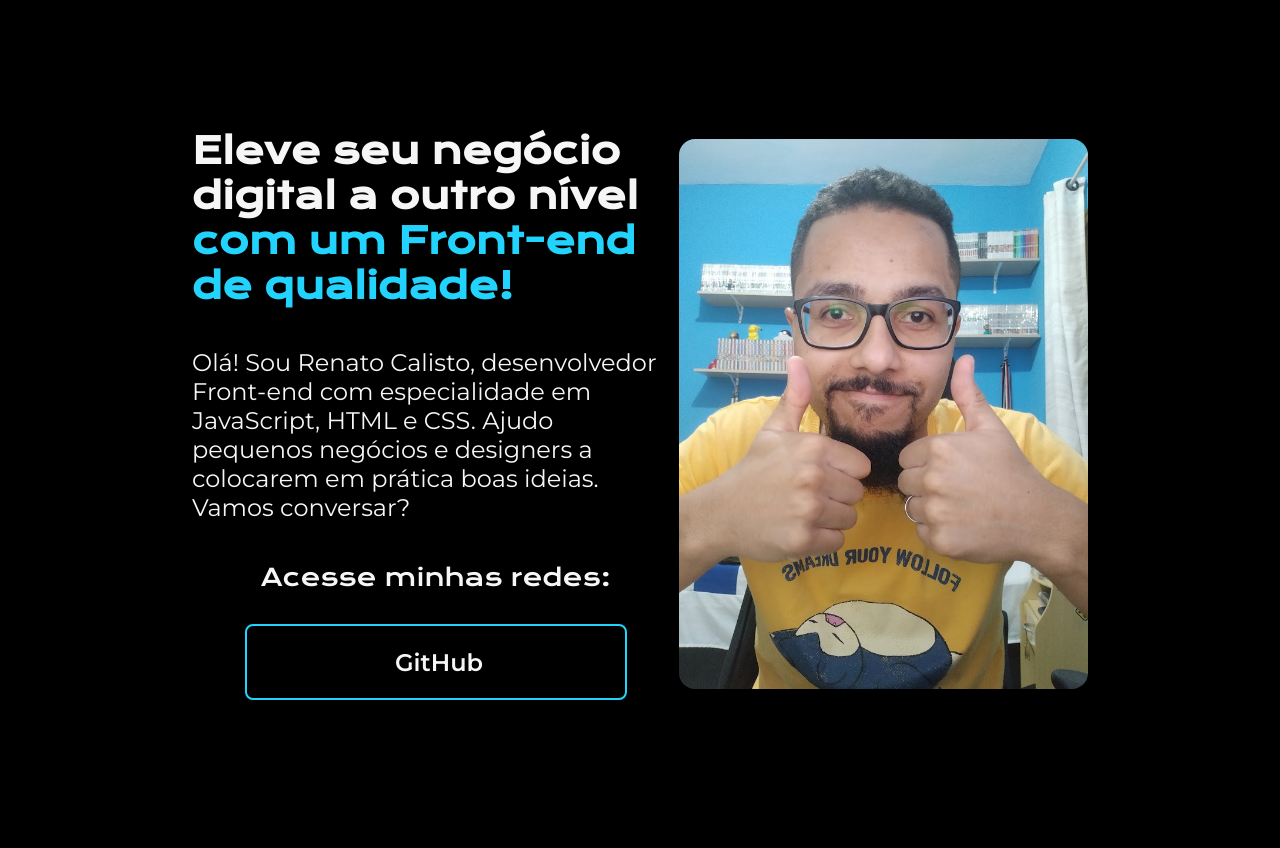
Repository: RenatoCCS/Portfolio_Alura
Page: index.html
An editor plug-in stored every save of this project. The page is shown before and after the next save, followed by the edit.
The browser window is 1280 px wide. The pictures show the whole page.

Above is the page before, as saved 2023-02-28 15:21:24.

After the next save:
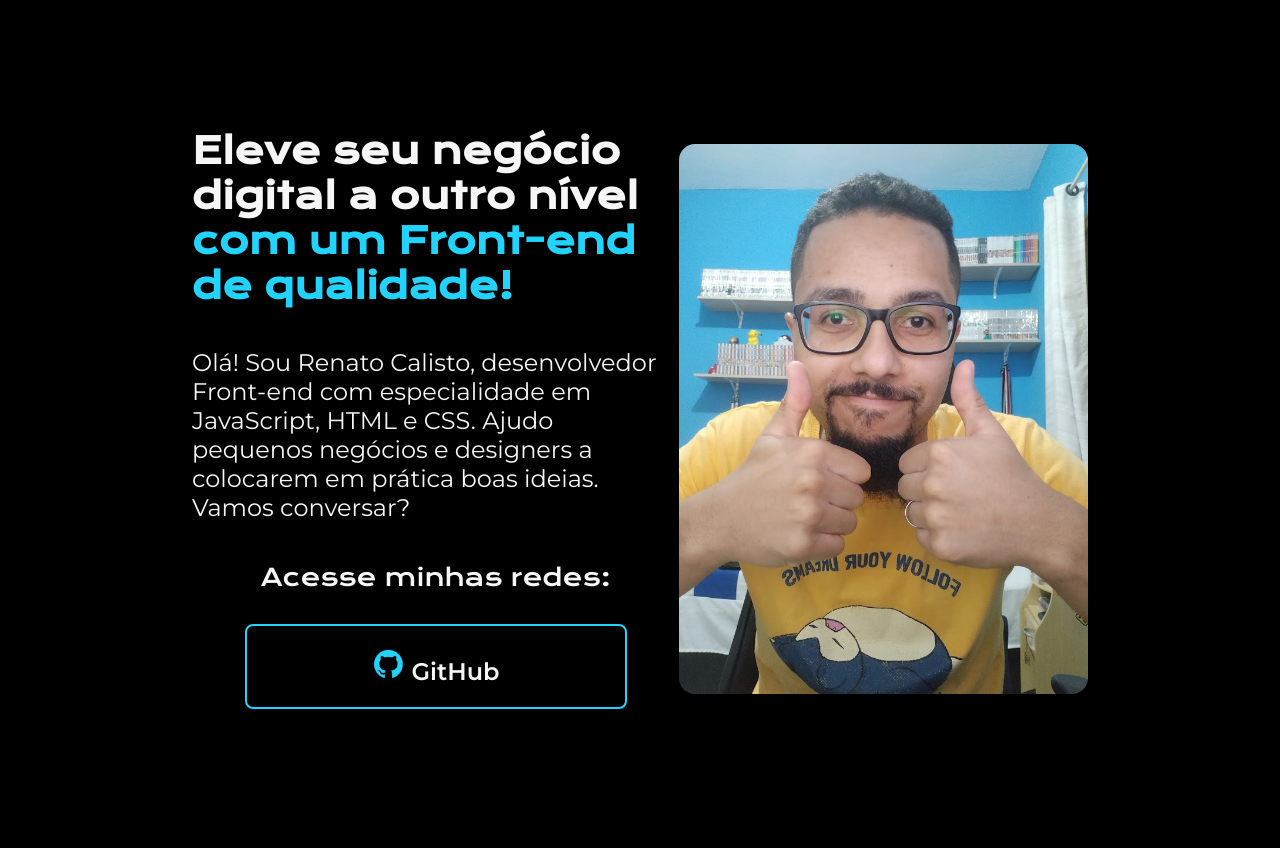
Saved 106 s later.
--- a/index.html
+++ b/index.html
@@ -29,7 +29,7 @@
             class="apresentacao__links__link"
             href="https://github.com/RenatoCCS"
           >
-            <img src="" alt="" />
+            <img src="./assets/github.png" alt="" />
             GitHub
           </a>
         </div>
